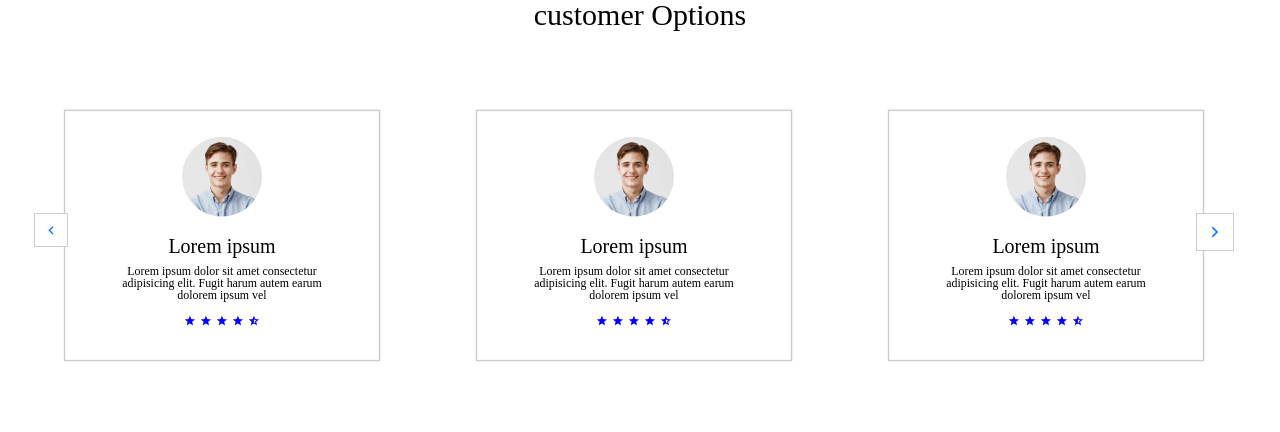
Repository: dinhhaidh/slider-3
Page: index.html
These files come from the project's save history. The page is drawn as it stood at one moment and after a run of saves; the edit follows.
The browser window is 1280 px wide. The pictures show the whole page.

Above is the page before, as saved 2024-03-22 21:45:50.

### index.html
<!DOCTYPE html>
<html lang="en">
<head>
    <meta charset="UTF-8">
    <meta name="viewport" content="width=device-width, initial-scale=1.0">
    <title>Document</title>
    <link rel="stylesheet" href="https://cdnjs.cloudflare.com/ajax/libs/remixicon/4.2.0/remixicon.min.css">

    <link rel="stylesheet" href="./css/swiper-bundle.min.css">

    <link rel="stylesheet" href="./css/style.css">

</head>
<body>
    <div class="customer">
        <h3 class="customer__title">customer Options</h3>
        <div class="customer__container container">
            <div class="customer__swiper swiper">
                <div class="swiper-wrapper">
                    <article class="customer__article customer__card swiper-slide">
                        <img src="./img1.png" alt="image" class="customer__img">

                        <h2 class="customer__heading">Lorem ipsum</h2>
                        <p>
                            Lorem ipsum dolor sit amet consectetur adipisicing elit. Fugit harum autem earum dolorem ipsum vel
                        </p>
                        <div class="customer__star">
                            <i class="ri-star-s-fill"></i>
                            <i class="ri-star-s-fill"></i>
                            <i class="ri-star-s-fill"></i>
                            <i class="ri-star-s-fill"></i>
                            <i class="ri-star-half-s-line"></i>
                        </div>
                    </article>

                    <article class="customer__article customer__card swiper-slide">
                        <img src="./img1.png" alt="image" class="customer__img">

                        <h2 class="customer__heading">Lorem ipsum</h2>
                        <p>
                            Lorem ipsum dolor sit amet consectetur adipisicing elit. Fugit harum autem earum dolorem ipsum vel
                        </p>

                        <div class="customer__star">
                            <i class="ri-star-s-fill"></i>
                            <i class="ri-star-s-fill"></i>
                            <i class="ri-star-s-fill"></i>
                            <i class="ri-star-s-fill"></i>
                            <i class="ri-star-half-s-line"></i>
                        </div>
                    </article>

                    <article class="customer__article customer__card swiper-slide">
                        <img src="./img1.png" alt="image" class="customer__img">

                        <h2 class="customer__heading">Lorem ipsum</h2>
                        <p>
                            Lorem ipsum dolor sit amet consectetur adipisicing elit. Fugit harum autem earum dolorem ipsum vel
                        </p>

                        <div class="customer__star">
                            <i class="ri-star-s-fill"></i>
                            <i class="ri-star-s-fill"></i>
                            <i class="ri-star-s-fill"></i>
                            <i class="ri-star-s-fill"></i>
                            <i class="ri-star-half-s-line"></i>
                        </div>
                    </article>

                </div>
                <!-- If we need navigation buttons -->
                <div class="swiper-button-prev">
                    <i class="ri-arrow-left-s-line"></i>
                </div>
                <div class="swiper-button-next">
                    <i class="ri-arrow-right-s-line"></i>
                </div>
            </div>
        </div>
    </div>


    <script src="./js/swiper-bundle.min.js"></script>
    <script src="./js/app.js"></script>
</body>
</html>

### css/style.css
*,
*:before,
*:after {
  box-sizing: border-box;
}
* {
  margin: 0;
  padding: 0;
  font: inherit;
}
img,
picture,
svg,
video {
  display: block;
  max-width: 100%;
}
input,
select,
textarea {
  background-color: transparent;
  outline: none;
}
button {
  cursor: pointer;
  background-color: transparent;
  outline: none;
  border: 0;
}
body {
  min-height: 100vh;
  font-weight: 400;
  font-size: 16px;
  line-height: 1;
}


.container{
    max-width: 1220px;
    Margin-inline: 1.5rem;
}


.customer__title{
    text-align: center;
    margin-bottom: 3rem;
    font-size: 30px;
}

.customer__article{
  text-align: center;
    padding: 2rem 3rem 2.5rem;
    background-color: #fff;
    border: 2px solid #ccc;
    transition: border .4s, background-color .4s;
  }

  .customer__card{
    scale: .8;
    transition: scale .4s;
  }


/*  */
.customer__img{
    width: 100px;
    border-radius: 50%;
    margin: 0 auto 1.5rem;
}
.customer__heading{
  font-size: 25px;
  margin-bottom: 0.75rem;
}
.customer__article p {
    margin-bottom: 1rem;
    text-align: center;
    font-size: 0.93rem;
}
.customer__star {
  color: blue;
}
.swiper-button-next::after, .swiper-button-prev::after {
  content: "";
}
.swiper-button-next,
.swiper-button-prev{
  width: initial;
  height: initial;
  padding: 0.5rem;
  border: 1px solid #ccc;
  background-color: #fff;
}
.swiper-button-next i{
  font-size: 1.25rem;
}
@media screen and (min-width: 450px) {
  .customer__article{
    width: 320px;
  }
}

### js/app.js
// let swiperCustomer = new Swiper('.customer__swiper', {
//     loop: true,
//     spaceBetween: 16,
//     slidesPerView: 'auto',
//     centeredSlides: 'auto',

//     breakpoints: {
//         1150: {
//             slidesPerView: 3,
//             centeredSlides: false,
//         },
//     }
// });

let swiperCustomer = new Swiper('.customer__swiper', {
    loop: true,
    spaceBetween: 16,
    slidesPerView: 'auto',
    centeredSlides: 'auto',


     // Navigation arrows
    navigation: {
        nextEl: '.swiper-button-next',
        prevEl: '.swiper-button-prev',
    },

    breakpoints: {
        1150: {
            slidesPerView: 3,
            centeredSlides: false,
        }
    }
});

Loaded but not shown: css/swiper-bundle.min.css (library); js/swiper-bundle.min.js (library)

After the next 3 saves:
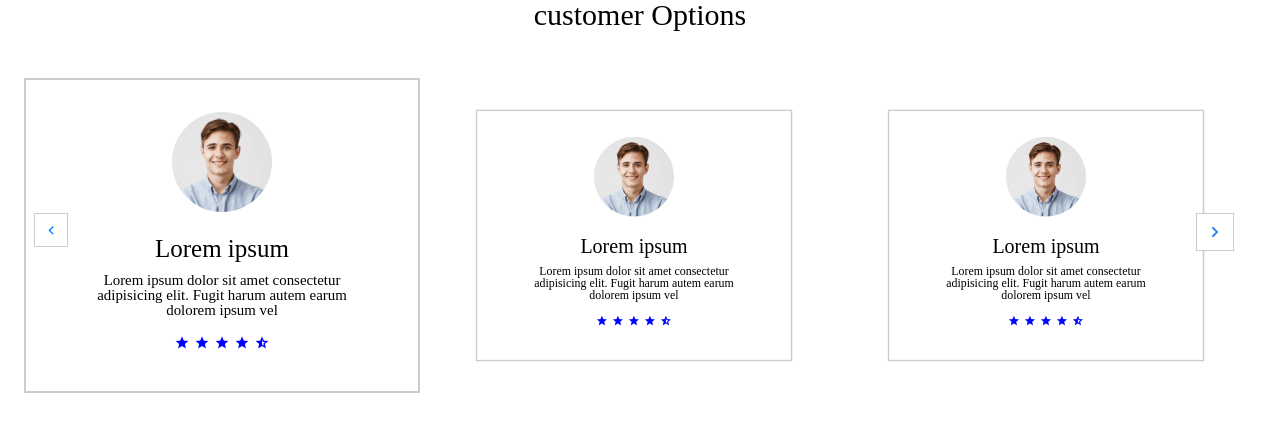
The 3 saves are shown as one change because they came seconds apart.
The last was saved 14 s later.
--- a/css/style.css
+++ b/css/style.css
@@ -60,6 +60,9 @@ body {
     transition: scale .4s;
   }
 
+  .customer .swiper-slide-active, .new .swiper-slide-duplicate-active {
+    scale: 1;
+}
 
 /*  */
 .customer__img{
